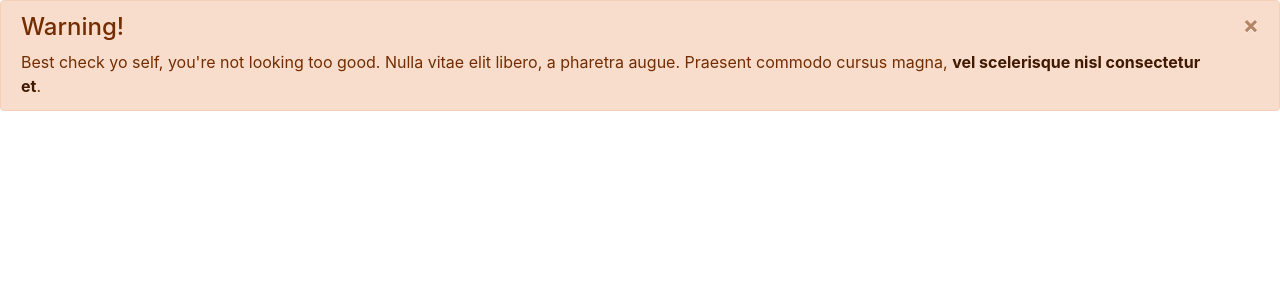
Repository: charles014/curso-react-2020
Page: / (app in cadastro-produtos/)
An editor plug-in stored every save of this project. The page is shown before and after the next save, followed by the edit.
The browser window is 1280 px wide. The pictures show the whole page.
Some web libraries are served in a nearby version. The project was rebuilt for these pictures with package versions that can differ from the ones it lists, and the page was loaded fresh each time. Also part of the build but not shown: cadastro-produtos/src/index.css.

Above is the page before, as saved 2020-09-16 18:02:05.

After the next save:
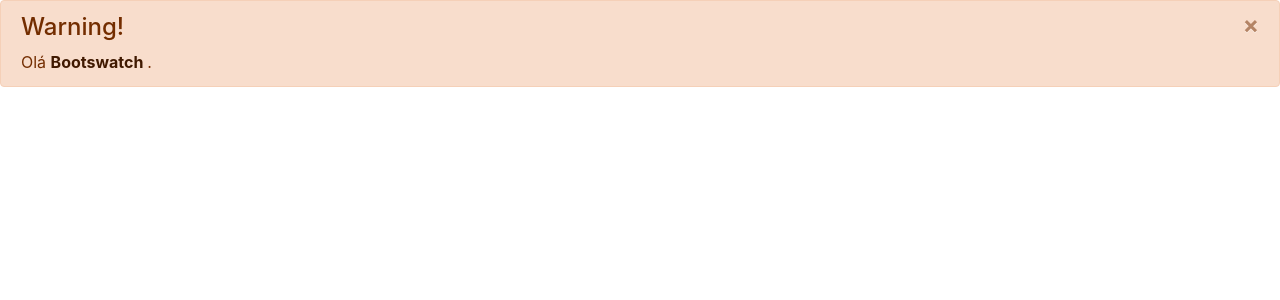
Saved 54 s later.
--- a/cadastro-produtos/src/App.js
+++ b/cadastro-produtos/src/App.js
@@ -2,10 +2,10 @@ import React from 'react';
 
 function App() {
   return (
-    <div class="alert alert-dismissible alert-warning">
+    <div className="alert alert-dismissible alert-warning">
     <button type="button" class="close" data-dismiss="alert">&times;</button>
     <h4 class="alert-heading">Warning!</h4>
-    <p class="mb-0">Best check yo self, you're not looking too good. Nulla vitae elit libero, a pharetra augue. Praesent commodo cursus magna, <a href="#" class="alert-link">vel scelerisque nisl consectetur et</a>.</p>
+    <p class="mb-0"> Olá <a href="#" class="alert-link">Bootswatch </a>.</p>
    </div>
   );
 }
